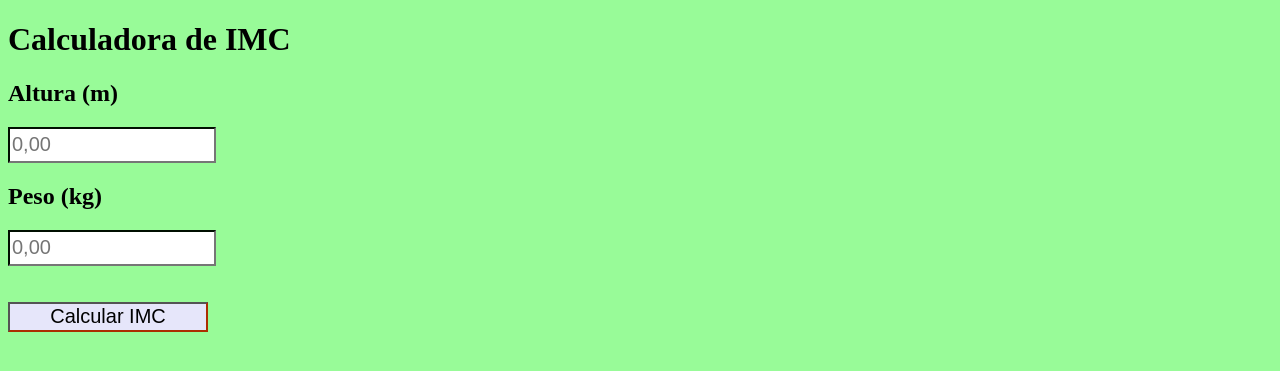
Repository: DeboraGuerra/programacaoWeb
Page: http://localhost/Desafio03/
An editor plug-in stored every save of this project. The page is shown before and after the next save, followed by the edit.
The browser window is 1280 px wide. The pictures show the whole page.
The page is served by Tomcat 9. Other server files are loaded and not shown.

Above is the page before, as saved 2020-03-24 00:05:15.

### projetos-java/Desafio03/WebContent/index.htm
<!DOCTYPE html>

<html>

	<head>
		<meta charset="UTF-8">
		<title>Calculadora de IMC</title>
		<link rel="stylesheet" href="style.css">
	</head>

	<body class="bkgPadrao">
		<form method="get" action="imc" name="formIMC">

			<h1>Calculadora de IMC</h1>

			<h2>Altura (m)</h2>
			<input type="number" class="caixa" name="altura" required="required"
			 placeholder="0,00" step="0.01" min=0>


			<h2>Peso (kg)</h2>
			<input type="number" class="caixa" name="peso" required="required"
			 placeholder="0,00" step="0.01" min=0>

			<br><br><br>
			<input type="submit" class="botao1" value="Calcular IMC">

		</form>
	</body>

</html>

### projetos-java/Desafio03/WebContent/style.css
@charset "UTF-8";

.bkgPadrao {
	background-color: #98fb98;
}

.caixa {
    width: 200px;
    height: 30px;
    font-size: 20px;
    border-top-color: #006400;
    border-left-color: #006400;
}

.botao1 {
    background-color: #e6e6fa;
    width: 200px;
    height: 30px;
    font-size: 20px;
    border-right-color: #ff4500;
    border-bottom-color: #ff4500;
}

.botao2 {
    background-color: #e6e6fa;
    width: 250px;
    height: 30px;
    font-size: 20px;
    border-right-color: #8a2be2;
    border-bottom-color: #8a2be2;
}

After the next save:
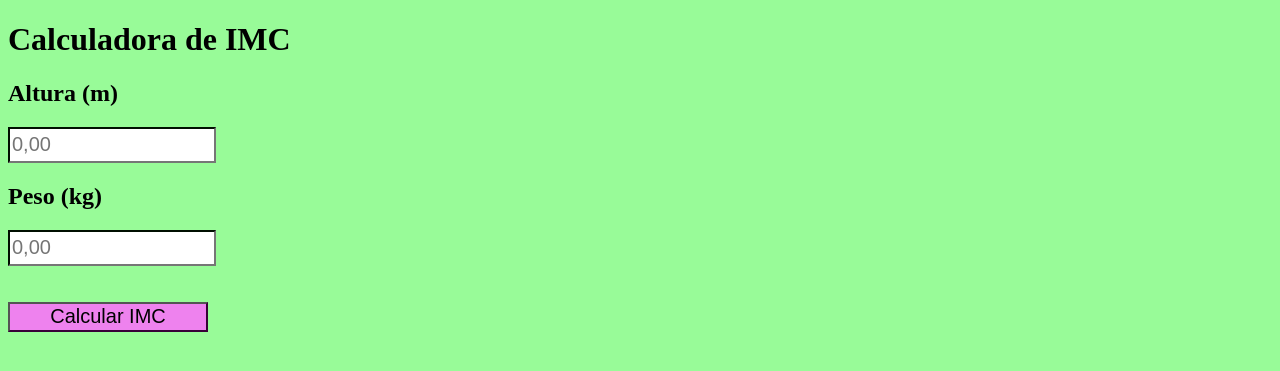
Saved 115 s later.
--- a/projetos-java/Desafio03/WebContent/style.css
+++ b/projetos-java/Desafio03/WebContent/style.css
@@ -13,12 +13,12 @@
 }
 
 .botao1 {
-    background-color: #e6e6fa;
+    background-color: #ee82ee;
     width: 200px;
     height: 30px;
     font-size: 20px;
-    border-right-color: #ff4500;
-    border-bottom-color: #ff4500;
+    border-right-color: #8b008b;
+    border-bottom-color: #8b008b;
 }
 
 .botao2 {
